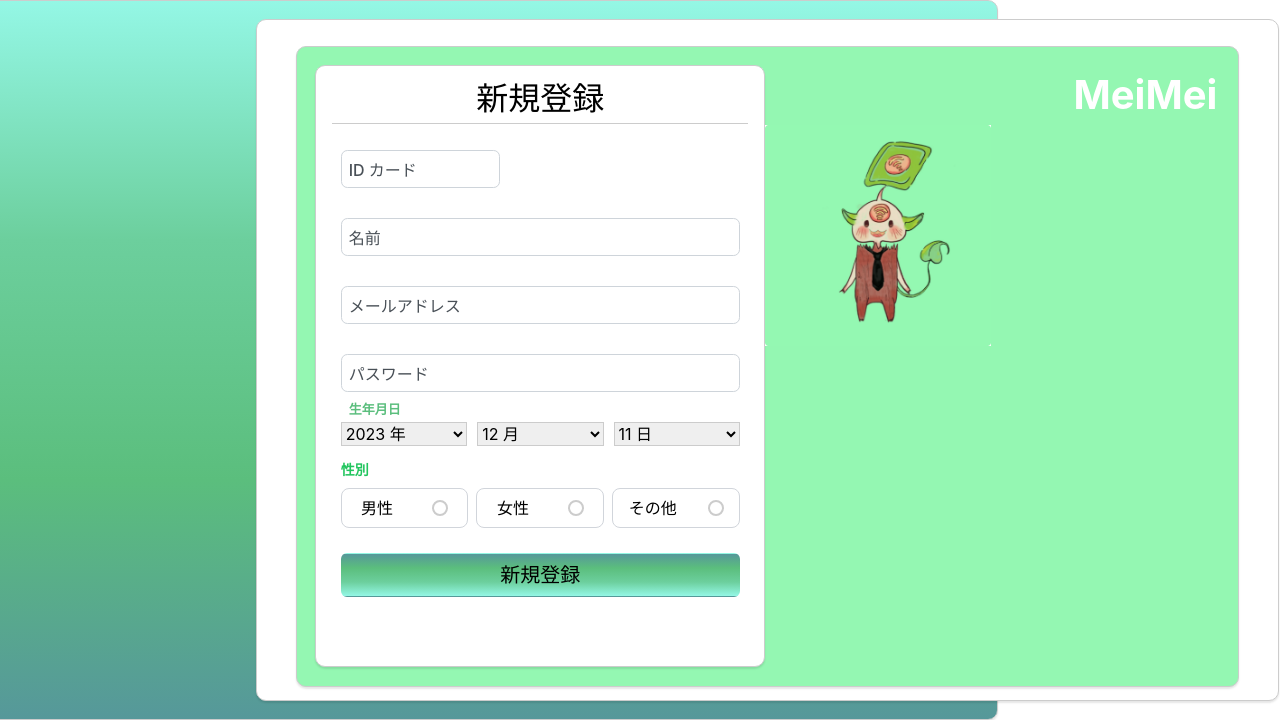
Repository: 3conangxindep/MeiMei
Page: /signUpPage (app in client/)
An editor plug-in stored every save of this project. The page is shown before and after the next save, followed by the edit.
The browser window is 1280 px wide. The pictures show the whole page.
The project was rebuilt for these pictures with package versions that can differ from the ones it lists, and the page was loaded fresh each time. Also part of the build but not shown: client/src/App.css, client/src/components/LoginPage/LoginPage.jsx, client/src/components/HomePage/HeaderPage/ShowMenu.css, client/src/components/HomePage/HeaderPage/ShowMenu.jsx, client/src/components/HomePage/HeaderPage/NotifiCation.css, client/src/components/HomePage/HeaderPage/NotifiCation.jsx, client/src/components/HomePage/HeaderPage/Header.css, client/src/components/HomePage/HeaderPage/Header.jsx and 22 more.

Above is the page before, as saved 2023-12-16 05:09:32.

### client/src/index.css
@tailwind base;
@tailwind components;
@tailwind utilities;



body {
  margin: 0;
  font-family: -apple-system, BlinkMacSystemFont, 'Segoe UI', 'Roboto', 'Oxygen',
    'Ubuntu', 'Cantarell', 'Fira Sans', 'Droid Sans', 'Helvetica Neue',
    sans-serif;
  -webkit-font-smoothing: antialiased;
  -moz-osx-font-smoothing: grayscale;
}

code {
  font-family: source-code-pro, Menlo, Monaco, Consolas, 'Courier New',
    monospace;
}

### client/src/App.jsx
import React, { useState } from 'react';
import { BrowserRouter as Router, Route, Switch, useParams } from 'react-router-dom';
import './App.css';
import { AuthProvider } from './components/AuthContext';
import { SelectedOptionsProvider } from './components/SelectedOptionsContext';
import LoginPage from './components/LoginPage/LoginPage';
import SignUpPage from './components/SignUpPage/SignUpPage';
import Main from './components/HomePage/Main';

function App() {

  return (
    <AuthProvider>
    <SelectedOptionsProvider>
      <Router>
        <Switch>
          <Route path={`/main/:contact_id`} component={Main} />
          <Route path="/signUpPage" component={SignUpPage} />
          <Route component={LoginPage} />

        </Switch>
      </Router>
      </SelectedOptionsProvider>
    </AuthProvider>
  );
}


export default App;

### client/src/components/AuthContext.jsx
import React, { createContext, useContext, useState } from 'react';

const AuthContext = createContext();

export const useAuth = () => {
  return useContext(AuthContext);
};

export const AuthProvider = ({ children }) => {
  const [isLoggedIn, setIsLoggedIn] = useState(false);

  const login = () => {
    setIsLoggedIn(true);
  };

  const logout = () => {
    setIsLoggedIn(false);
  };

  const value = {
    isLoggedIn,
    login,
    logout,
  };

  return <AuthContext.Provider value={value}>{children}</AuthContext.Provider>;
};

### client/src/components/SelectedOptionsContext.jsx
import React, { createContext, useContext, useState } from 'react';

const SelectedOptionsContext = createContext();

export const SelectedOptionsProvider = ({ children }) => {
  const [selectedOptions, setSelectedOptions] = useState([]);
  const [inputValue, setInputValue] = useState('');

  return (
    <SelectedOptionsContext.Provider value={{ selectedOptions, setSelectedOptions, inputValue, setInputValue }}>
      {children}
    </SelectedOptionsContext.Provider>
  );
};

export const useSelectedOptions = () => {
  return useContext(SelectedOptionsContext);
};

### client/src/components/LoginPage/LoginPage.css
.Container{
  position: absolute;
  right: 22%;
  width: 100%;
  height: 100vh;
  display: flex;
  justify-content: right;
  align-items: center;
  background-image: linear-gradient(#94F7E5,#6CCF9D,#5BBE7D,#56989A);
  border: 1px solid #ccc;
  box-shadow: 0 2px 2px rgba(0,0,0,0.1);
  border-radius: 10px;
}
.image{
  z-index: 2;
}
.image img{
  width: 50%;
}
.LoginForm .FormGroup {
  margin-bottom: 10px;
  display: flex;
  flex-direction: column;
  position: relative;
}
.Label {
  position: absolute;
  left: 0rem;
  top: 0.75rem;
  transition: transform 0.3s, font-size 0.3s;
  display: block;
  font-weight: 500;
  padding-left: 4%;

}
.FormInput:focus + .Label, .FormInput:valid + .Label {
  transform: translateY(-2rem);
  padding-left: 0%;
  color: #5BBE7D;
  font-size: small;
  font-weight: bold;
}
/* .Border-me{
  position: relative;
  justify-content: right;
  k co gì
  background-image: linear-gradient(to top, #94f7e5, #85edd3, #77e2c1, #6cd8ad, #63cd99, #5bc595, #52be90, #4ab68c, #44af94, #45a899, #4ca09b, #56989a);
  width: 100%;
  height: 100%;
  max-width: 100%;
  background-size: 70% 100%;
  border: 1px solid #ccc;
  box-shadow: 0 2px 2px rgba(0,0,0,0.1);
  border-radius: 10px;
  } */

.Border-con{
  display: flex;
  background-color: #94F7B2;
  /* background-image: linear-gradient(to top, #94f7e5, #85edd3, #77e2c1, #6cd8ad, #63cd99, #5bc595, #52be90, #4ab68c, #44af94, #45a899, #4ca09b, #56989a); */
  width: 100%;
  max-height: auto;
  max-width: 100%;
  padding:3%;
  border: 1px solid #ccc;
  box-shadow: 0 2px 2px rgba(0,0,0,0.1);
  border-radius: 10px;
  z-index: 1;
}
.Border{
  display: flex;
  justify-content: right;
  position: absolute;
  right: -21.5%;
  background-color: white;
  width: 75%;
  height: 85%;
  max-height: 90%;
  max-width: 100%;
  padding:3% 5%;
  border: 1px solid #ccc;
  box-shadow: 0 2px 2px rgba(0,0,0,0.1);
  border-radius: 10px;
}
.FormGroup{
  padding-bottom: 5%;
}
.LoginBorder{
    background-color: white;
    width: 90%;
    max-height: 100%;
    max-width: 90%;
    max-width: 450px;
    padding: 15px;
    border: 1px solid #ccc;
    box-shadow: 0 2px 2px rgba(0,0,0,0.1);
    border-radius: 10px;
}
.Appname{
  width: 50%;
  text-align: right;
  font-size: 2.5rem;
  font-weight: 700;
  color: white;
}
.LoginForm{
    width: 100%;
    /* margin-bottom: 25px; */
}
.FormHeader{
    width: 100%;
    text-align: center;
    font-size: 2rem;
    border-bottom: 1px solid #ccc;
    padding-bottom: 5px;
}
.LoginForm .FormInput {
    width: 100%;
    padding: 0.5rem 0.75rem;
    font-size: 1rem;
    line-height: 2;
    color: #495057;
    background-color: #fff;
    background-clip: padding-box;
    border: 1px solid #ced4da;
    border-radius: 0.4rem;
    transition: border-color 0.15s ease-in-out, box-shadow 0.15s ease-in-out;
  }
.FormInput:hover,
.FormInput:focus {
border-color: #ffffff;
outline: 0;
box-shadow: 0 0 0 0.2rem rgba(0, 123, 255, 0.25);
}
.FormError {
    color: #dc3545;
    font-size: 12px;
  }

  .LoginButton{
    display: block;
    width: 100%;
    padding: 0.4rem 0.75rem;
    font-size: 1rem;
    font-weight: bold;
    text-align: center;
    white-space: nowrap;
    vertical-align: middle;
    cursor: pointer;
    border: 1px solid transparent;
    /* border-radius: 0.25rem; */
    color: #fff;
    background-color: #007bff;
    transition: color 0.15s ease-in-out, background-color 0.15s ease-in-out,
    border-color 0.15s ease-in-out, box-shadow 0.15s ease-in-out;
  }

  .LoginButton:hover {
    color: #fff;
    background-color: #0056b3;
    border-color: #0056b3;
  }
  .CreateButton{
    width: 100%;
    padding: 0.6rem 0.75rem;
    font-size: 1rem;
    font-weight: bold;
    text-align: center;
    white-space: nowrap;
    vertical-align: middle;
    cursor: pointer;
    border: 1px solid transparent;
    /* border-radius: 0.25rem; */
    /* color: #212020; */
    background-image: linear-gradient(to top,#94F7E5,#6CCF9D,#5BBE7D,#56989A);
    transition: color 0.15s ease-in-out, background-color 0.15s ease-in-out,
    border-color 0.15s ease-in-out, box-shadow 0.15s ease-in-out;
  }
  .CreateButton:hover {
    color: #fff;
    background-image: linear-gradient(to top,#94F7E5,#265f55);

    border-color: #68dd7b;
  }
  a{
    font: weight 20px ;
    color: #161716;
    text-decoration: none;
  }
  .ErrorMessage {
    color: red;
    margin-top: 5px;
  }

  .status-container {
    display: flex;
    align-items: center;
    padding-top: 4rem;
  }

  .loading-icon {
    width: 8rem;
    height: 8rem;
    margin-right: 2rem;
    fill: #718096; /* Màu xám */
    animation: spin 2s linear infinite;
  }

  @keyframes spin {
    from {
      transform: rotate(0deg);
    }
    to {
      transform: rotate(360deg);
    }
  }

  .loading-text {
    font-size: 1.5rem;
    font-weight: bold;
    color: #718096; /* Màu xám */
  }

  .sr-only {
    position: absolute;
    width: 1px;
    height: 1px;
    padding: 0;
    margin: -1px;
    overflow: hidden;
    clip: rect(0, 0, 0, 0);
    white-space: nowrap;
    border-width: 0;
  }

### client/src/components/SignUpPage/SetTimes.jsx
import React, { useState } from 'react';
import './SetTimes.css';

const SetTimes = ({ setCurrentMonth, setCurrentDay, setCurrentYear }) => {
  const [currentMonth, setCurrentMonthLocal] = useState(new Date().getMonth() + 1);
  const [currentDay, setCurrentDayLocal] = useState(new Date().getDate());
  const [currentYear, setCurrentYearLocal] = useState(new Date().getFullYear());

  const months = Array.from({ length: 12 }, (_, index) => `${index + 1} 月`);
  const days = Array.from({ length: 31 }, (_, index) => `${index + 1} 日`);
  const years = Array.from({ length: 61 }, (_, index) => `${1970 + index} 年`);

  const handleDateChange = () => {
    if (currentMonth && currentDay && currentYear) {
      setCurrentMonth(parseInt(currentMonth));
      setCurrentDay(parseInt(currentDay));
      setCurrentYear(parseInt(currentYear));
    }
  };

  return (
    <div className="SetTimeContainer">
      <label className='timeLabel'>生年月日</label>
      <div className='Row'>
        <div>
          <select className="content" value={currentYear} onChange={(e) => setCurrentYearLocal(e.target.value)}>
            {years.map((year, index) => (
              <option key={index} value={1970 + index}>{year}</option>
            ))}
          </select>
        </div>
        <div>
          <select className="content" value={currentMonth} onChange={(e) => setCurrentMonthLocal(e.target.value)}>
            {months.map((month, index) => (
              <option key={index} value={index + 1}>{month}</option>
            ))}
          </select>
        </div>
        <div>
          <select className="content" value={currentDay} onChange={(e) => setCurrentDayLocal(e.target.value)}>
            {days.map((day, index) => (
              <option key={index} value={index + 1}>{day}</option>
            ))}
          </select>
        </div>
        {handleDateChange()}
      </div>
    </div>
  );
};

export default SetTimes;

### client/src/components/SignUpPage/GenderTheme.jsx
import React, { useState } from 'react';
import './GenderTheme.css'; // Đảm bảo đã import file CSS cho GenderTheme

const GenderTheme = ({selectedOption,setSelectedOption}) => {

  const [male, setMale] = useState('male');
  const [female, setFemale] = useState('female');
  const [other, setOther] = useState('other');

  return (
    <div className="w-full h-full flex flex-col">
      <label className='font-bold text-green-500 text-sm py-2'>性別</label>
      <div className='w-full h-full grid grid-cols-3 gap-2'>
        <div className='w-full h-10 flex justify-around items-center col-span-1 border-solid border border-gray-300 rounded-lg'>
          <label>男性</label>
          <input
            className='GenderInput w-4 h-4'
            type="radio"
            value={male}
            checked={selectedOption === male}
            onChange={() => setSelectedOption(male)} // Sửa giá trị ở đây
          />
        </div>
        <div className='w-full h-10 flex justify-around items-center col-span-1 border-solid border border-gray-300 rounded-lg'>
          <label>女性</label>
          <input
            className='GenderInput w-4 h-4'
            type="radio"
            value={female}
            checked={selectedOption === female}
            onChange={() => setSelectedOption(female)} // Sửa giá trị ở đây
          />
        </div>
        <div className='w-full h-10 flex justify-around items-center col-span-1 border-solid border border-gray-300 rounded-lg'>
          <label>その他</label>
          <input
            className='GenderInput w-4 h-4'
            type="radio"
            value={other}
            checked={selectedOption === other}
            onChange={() => setSelectedOption(other)} // Sửa giá trị ở đây
          />
        </div>
      </div>
    </div>
  );
};

export default GenderTheme;

### client/src/components/SignUpPage/SignUpPage.css
*{
    box-sizing: border-box;
}
.border-bg{
  position: absolute;
  right: 22%;
  width: 100%;
  height: 100vh;
  display: flex;
  justify-content: right;
  align-items: center;
  background-image: linear-gradient(#94F7E5,#6CCF9D,#5BBE7D,#56989A);
  border: 1px solid #ccc;
  box-shadow: 0 2px 2px rgba(0,0,0,0.1);
  border-radius: 10px;
}
.signup-bg{
  display: flex;
  justify-content: center;
  position: absolute;
  right: -22%;
  background-color: white;
  width: 80%;
  height: 95%;
  max-height: auto;
  max-width: 100%;
  padding:2% 3%;
  border: 1px solid #ccc;
  box-shadow: 0 2px 2px rgba(0,0,0,0.1);
  border-radius: 10px;
}
.Container-signUp{
  display: flex;
  background-color: #94F7B2;
  /* background-image: linear-gradient(to top, #94f7e5, #85edd3, #77e2c1, #6cd8ad, #63cd99, #5bc595, #52be90, #4ab68c, #44af94, #45a899, #4ca09b, #56989a); */
  width: 100%;
  height: 102%;
  max-height: auto;
  max-width: 100%;
  padding:2%;
  border: 1px solid #ccc;
  box-shadow: 0 2px 2px rgba(0,0,0,0.1);
  border-radius: 10px;
  z-index: 1;
}
.SignUpBorder {
  background-color: white;
  width: 90%;
  /* height: 100%; */
  max-width: 100%;
  max-width: 450px;
  padding: 0 1rem;
  border: 1px solid #ccc;
  box-shadow: 0 2px 2px rgba(0,0,0,0.1);
  border-radius: 10px;
}
.SignUp{
  margin: 0;
  padding-top:2%;
  width: 100%;
  text-align: center;
  font-size: 2rem;
  border-bottom: 1px solid #ccc;
}
.SignUpForm{
  padding: 1rem 2%;
  margin-bottom: -10px;
}
.FormGroup {
    width: 100%;
    display: flex;
    flex-direction: column;
    margin-top: 10px;
  }
.Label-sign{
    position: absolute;
    font-weight: 500;
    margin:0.5rem;
    color: #495057;
    transition: transform 0.3s, font-size 0.3s;
}
.FormInput {
    width: 100%;
    padding: 0.375rem 0.75rem;
    font-size: 1rem;
    line-height: 1.5;
    color: #495057;
    background-color: #fff;
    background-clip: padding-box;
    border: 1px solid #ced4da;
    border-radius: 0.4rem;
    transition: border-color 0.15s ease-in-out, box-shadow 0.15s ease-in-out;
}
.FormInput:focus + .Label-sign, .FormInput:valid + .Label-sign {
  transform: translateY(-1.7rem);
  /* margin-left: 0%; */
  /* color: #000000; */
  color: #5BBE7D;
  font-size: small;
  font-weight: bold;
}
.FormInput:hover,
.FormInput:focus {
  border-color: #80bdff;
  outline: 0;
  box-shadow: 0 0 0 0.2rem rgba(0, 123, 255, 0.25);
}
.FormError {
  color: #dc3545;
  font-size: 12px;
}

.FormButton {
  display: block;
  width: 100%;
  padding: 0.375rem 0.75rem;
  margin-top: 25px;
  font-size: 1.25rem;
  font-weight: 550;
  text-align: center;
  white-space: nowrap;
  vertical-align: middle;
  cursor: pointer;
  border: 1px solid transparent;
  border-radius: 6px;
  color: #000000;
  background-image: linear-gradient(to top,#94F7E5,#6CCF9D,#5BBE7D,#56989A);
  transition: color 0.15s ease-in-out, background-color 0.15s ease-in-out,
    border-color 0.15s ease-in-out, box-shadow 0.15s ease-in-out;
    margin-bottom: -5px;
}
.settime{
  margin-top: -3%;
}
.FormButton:hover {
  color: #fff;
  background-image: linear-gradient(to top,#62b1a2,#265f55);
  border-color: #68dd7b;
}
a{
    color: #161716;
  font-size: 14px;
  float: right;
  text-decoration: none;
}

### client/src/components/SignUpPage/SetTimes.css
.SetTimeContainer{
    width: 100%;
    max-height: 150px;
    /* border: 1px solid #fff; */
    margin-bottom: 0.375rem;
    display: flex;
    flex-direction: column;
}
.Row{
    display: grid;
    grid-template-columns: 1fr 1fr 1fr;
    gap: 10px;
}
.timeLabel{
    display: block;
    font-weight: bold;
    margin-bottom: 3px;
    color: #5BBE7D;
    font-size: small;
    margin-left: 8px;
}
.content{
    width: 100%;
    border: 1px solid #ccc;
    cursor: pointer;
    /* padding: 10px;
    border-radius: 10px; */
    transition: border-color 0.15s ease-in-out, box-shadow 0.15s ease-in-out;
}
.content:hover,
.content:focus {
border-color: #80ffb1;
outline: 0;
box-shadow: 0 0 0 0.2rem rgba(0, 255, 123, 0.25);
}

### client/src/components/SignUpPage/GenderTheme.css
.GenderContainer{
  width: 100%;
  max-height: 150px;
  display: flex;
  flex-direction: column;
  border: 1px solid #fff;
}
.Row{
    display: grid;
    grid-template-columns: 1fr 1fr 1fr;
    gap: 10px;
}
.GenderLabel{
    display: block;
    font-weight: bold;
    margin-bottom: 3px;
    color: #5BBE7D;
    font-size: small;
    margin-left: 8px;
}
/* GenderTheme.css */
.GenderOption {
    padding: 0px;
    display: grid;
    grid-template-columns: 1fr 1fr;
    border: 1px solid #ccc;
    border-radius: 6px;
  }

  .GenderOption label{
    display: flex;
    align-items: center;
    margin-left: 5px;
    font-size: 14px;
  }
  .GenderInput {
    top:10px;
    appearance: none;
    /* width: 16px;
    height: 16px; */
    border: 2px solid #ccc;
    border-radius: 50%;
    background-color: white;
    transition: border-color 0.15s ease-in-out;
    cursor: pointer;
    /* margin-left: 20px; */
  }

  .GenderInput:checked::before {
    content: "";
    position: absolute;
    width: 100%;
    height: 100%;
    border-radius: 50%;
  }
  .GenderInput:hover {
    border-color: #56989A;
    background-color: #5BBE7D;
  }

  .GenderInput:focus {
    border-color: #56989A;
    box-shadow: 0 0 0 0.2rem rgba(0, 255, 123, 0.25);
    background-color: #5BBE7D;
  }

Loaded but not shown: client/public/index.html (common file); client/src/index.js (common file); client/src/reportWebVitals.js (common file); client/tailwind.config.js (common file); client/src/apiConfig.js (4 lines, source omitted); client/src/components/SignUpPage/SignUpPage.jsx (207 lines, source omitted)

After the next save:
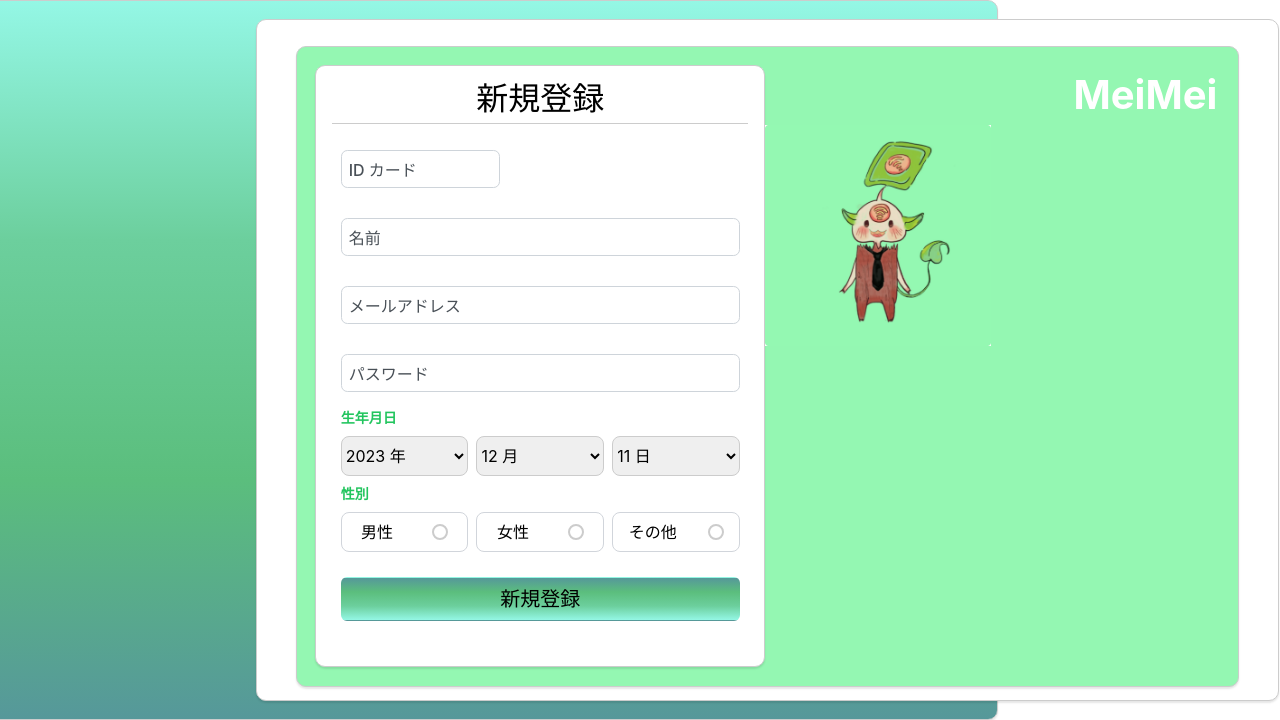
Saved 10 s later.
--- a/client/src/components/SignUpPage/SetTimes.jsx
+++ b/client/src/components/SignUpPage/SetTimes.jsx
@@ -19,30 +19,33 @@ const SetTimes = ({ setCurrentMonth, setCurrentDay, setCurrentYear }) => {
   };
 
   return (
-    <div className="SetTimeContainer">
-      <label className='timeLabel'>生年月日</label>
-      <div className='Row'>
-        <div>
-          <select className="content" value={currentYear} onChange={(e) => setCurrentYearLocal(e.target.value)}>
-            {years.map((year, index) => (
-              <option key={index} value={1970 + index}>{year}</option>
-            ))}
-          </select>
-        </div>
-        <div>
-          <select className="content" value={currentMonth} onChange={(e) => setCurrentMonthLocal(e.target.value)}>
-            {months.map((month, index) => (
-              <option key={index} value={index + 1}>{month}</option>
-            ))}
-          </select>
-        </div>
-        <div>
-          <select className="content" value={currentDay} onChange={(e) => setCurrentDayLocal(e.target.value)}>
-            {days.map((day, index) => (
-              <option key={index} value={index + 1}>{day}</option>
-            ))}
-          </select>
-        </div>
+    <div className="w-full h-full flex flex-col">
+      <label className='font-bold text-green-500 text-sm py-2'>生年月日</label>
+      <div className='w-full h-full grid grid-cols-3 gap-2'>
+        <select className="content col-span-1 rounded-lg h-10"
+          value={currentYear}
+          onChange={(e) => setCurrentYearLocal(e.target.value)}
+        >
+          {years.map((year, index) => (
+            <option key={index} value={1970 + index}>{year}</option>
+          ))}
+        </select>
+        <select className="content col-span-1 rounded-lg h-10"
+          value={currentMonth}
+          onChange={(e) => setCurrentMonthLocal(e.target.value)}
+          >
+          {months.map((month, index) => (
+            <option key={index} value={index + 1}>{month}</option>
+          ))}
+        </select>
+        <select className="content col-span-1 rounded-lg h-10"
+          value={currentDay}
+          onChange={(e) => setCurrentDayLocal(e.target.value)}
+          >
+          {days.map((day, index) => (
+            <option key={index} value={index + 1}>{day}</option>
+          ))}
+        </select>
         {handleDateChange()}
       </div>
     </div>
